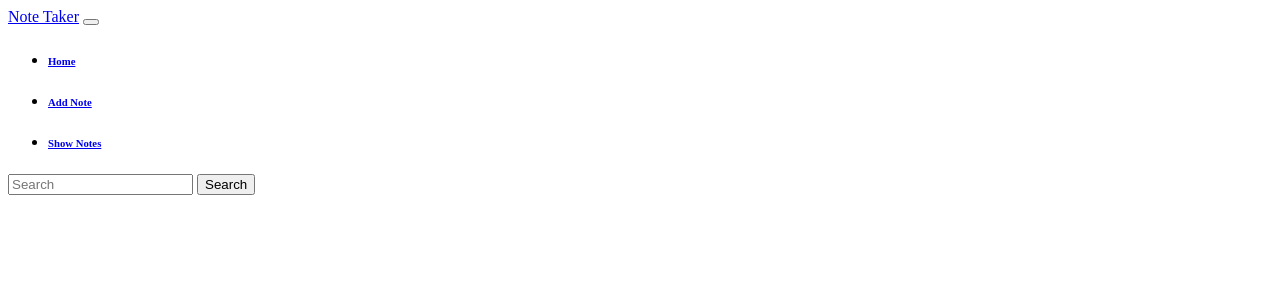
Repository: aadilnoor/Hibernate_learning
Page: http://localhost/NoteTakerProjectHibernate/navbar.jsp
The author's editor kept a copy of each file at every save. The page is drawn from the files as they stood at one save, then again after the next save.
The browser window is 1280 px wide. The pictures show the whole page.
The page is served by Tomcat 9. Other server files are loaded and not shown.

Above is the page before, as saved 2024-02-01 10:50:58.

### NoteTakerProjectHibernate/src/main/webapp/navbar.jsp

<nav class="navbar navbar-expand-lg navbar-dark pink">
	<div class="container-fluid">
		<a class="navbar-brand" href="index.jsp">Note Taker</a>
		<button class="navbar-toggler" type="button" data-bs-toggle="collapse"
			data-bs-target="#navbarSupportedContent"
			aria-controls="navbarSupportedContent" aria-expanded="false"
			aria-label="Toggle navigation">
			<span class="navbar-toggler-icon"></span>
		</button>
		<div class="collapse navbar-collapse" id="navbarSupportedContent">
			<ul class="navbar-nav me-auto mb-2 mb-lg-0">
				<li class="nav-item"><a class="nav-link active"
					aria-current="page" href="index.jsp"><h6>Home</h6></a></li>
				<li class="nav-item"><a class="nav-link active" href="add_notes.jsp"><h6>Add
						Note</h6></a></li>
				<!-- <li class="nav-item dropdown">
          <a class="nav-link dropdown-toggle" href="#" id="navbarDropdown" role="button" data-bs-toggle="dropdown" aria-expanded="false">
            Dropdown
          </a>
          <ul class="dropdown-menu" aria-labelledby="navbarDropdown">
            <li><a class="dropdown-item" href="#">Action</a></li>
            <li><a class="dropdown-item" href="#">Another action</a></li>
            <li><hr class="dropdown-divider"></li>
            <li><a class="dropdown-item" href="#">Something else here</a></li>
          </ul>
        </li> -->
				<li class="nav-item"><a class="nav-link enabled active" href="all_notes.jsp"
					tabindex="-1" aria-disabled="true"><h6>Show Notes</h6></a></li>
			</ul>
			<form class="d-flex">
				<input class="form-control me-2" type="search" placeholder="Search"
					aria-label="Search">
				<button class="btn btn-outline-light" type="submit">Search</button>
			</form>
		</div>
	</div>
</nav>

After the next save:
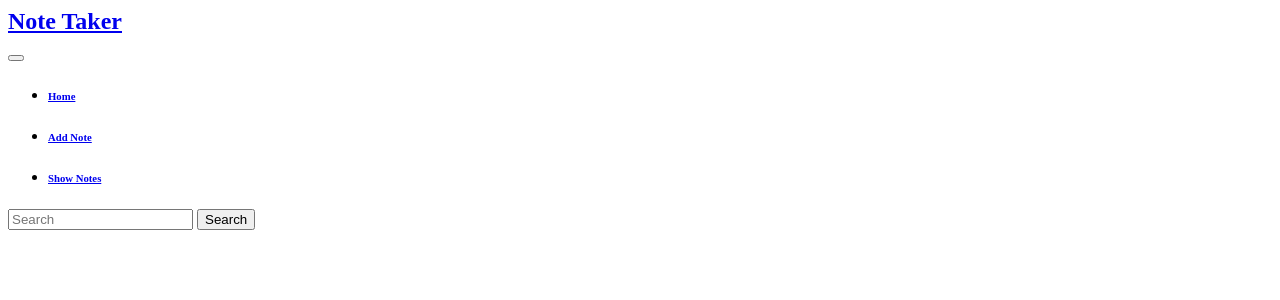
Saved 22 s later.
--- a/NoteTakerProjectHibernate/src/main/webapp/navbar.jsp
+++ b/NoteTakerProjectHibernate/src/main/webapp/navbar.jsp
@@ -1,7 +1,7 @@
 
 <nav class="navbar navbar-expand-lg navbar-dark pink">
 	<div class="container-fluid">
-		<a class="navbar-brand" href="index.jsp">Note Taker</a>
+		<a class="navbar-brand" href="index.jsp"><h2>Note Taker</h2></a>
 		<button class="navbar-toggler" type="button" data-bs-toggle="collapse"
 			data-bs-target="#navbarSupportedContent"
 			aria-controls="navbarSupportedContent" aria-expanded="false"
